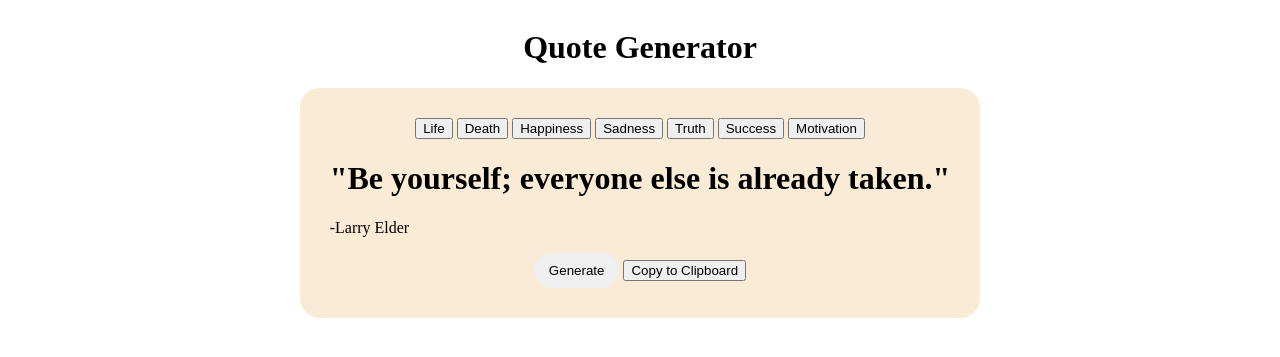
Repository: moehaymanmyint/Random-Quote-Generator
Page: index.html
These files come from the project's save history. The page is drawn as it stood at one moment and after the next save; the edit follows.
The browser window is 1280 px wide. The pictures show the whole page.

Above is the page before, as saved 2024-11-05 22:20:11.

After the next save:
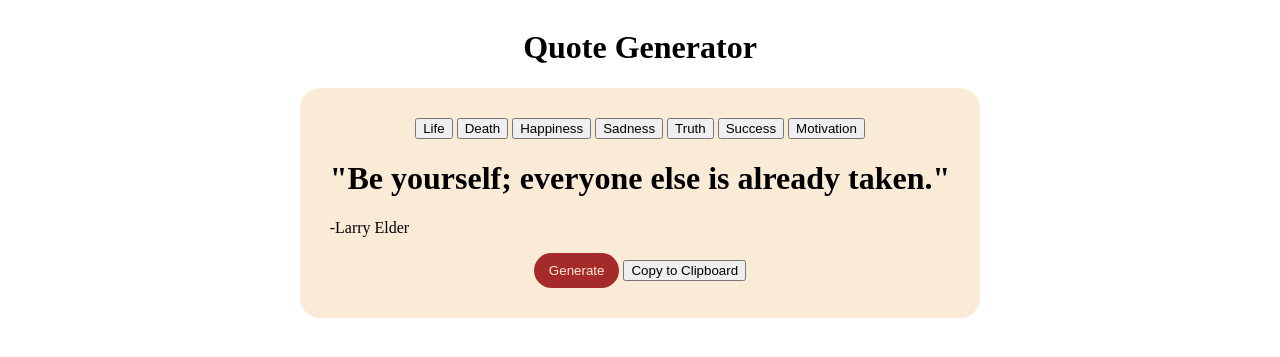
Saved 19 s later.
--- a/style.css
+++ b/style.css
@@ -17,4 +17,6 @@
     padding: 10px 15px;
     border: none;
     border-radius: 40px;
+    background-color: brown;
+    color: antiquewhite;
 }
